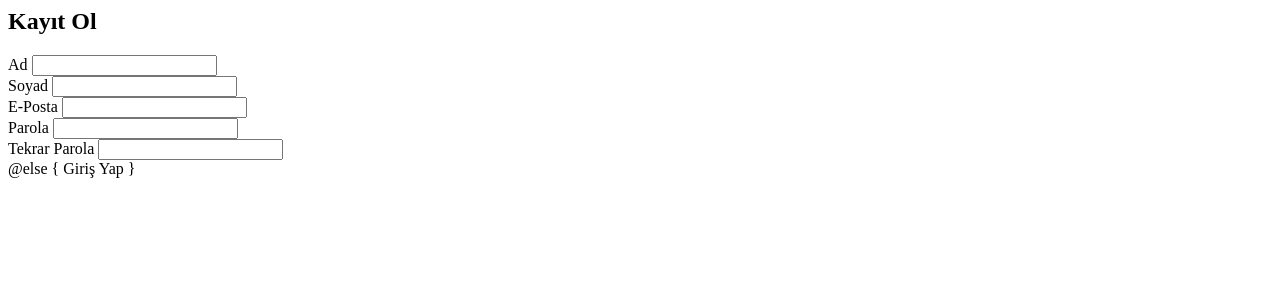
Repository: hakanozer/yazilim_uzmanligi_21_Aralilk_2024
Page: bitirme_projeleri/angular/Omer_Kafkas/src/app/pages/register/register.html
These files come from the project's save history. The page is drawn as it stood at one moment and after a run of saves; the edit follows.
The browser window is 1280 px wide. The pictures show the whole page.

Above is the page before, as saved 2025-08-31 22:34:06.

### bitirme_projeleri/angular/Omer_Kafkas/src/app/pages/register/register.html
<app-background-item></app-background-item>

<div class="register-wrapper">
    <form class="register-card">
        <h2>Kayıt Ol</h2>

        <div class="field">
            <label for="name">Ad</label>
            <input id="name" type="text">
        </div>
        <div class="field">
            <label for="surname">Soyad</label>
            <input id="surname" type="text">
        </div>
        <div class="field">
            <label for="mail">E-Posta</label>
            <input id="mail" type="email">
        </div>
        <div class="field">
            <label for="password">Parola</label>
            <input id="password" type="password">
        </div>
        <div class="field">
            <label for="passwordAgain">Tekrar Parola</label>
            <input id="passwordAgain" type="password">
        </div>

          @else { Giriş Yap }</button>
    </form>
</div>

After the next 3 saves:
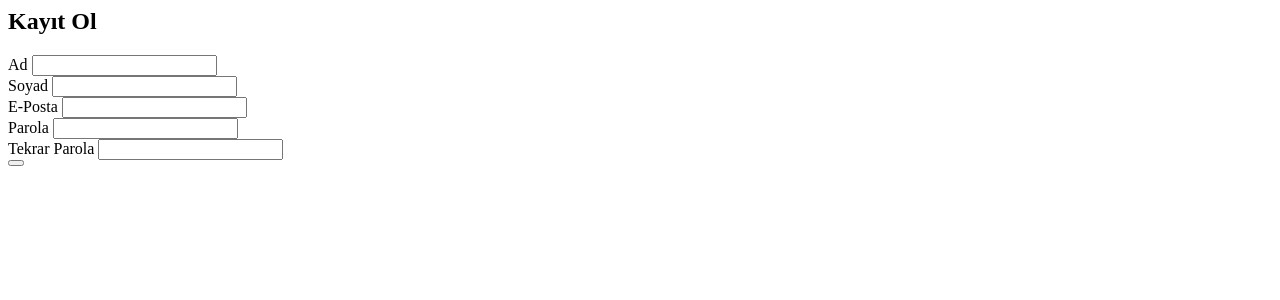
The 3 saves are shown as one change because they came seconds apart.
The last was saved 9 s later.
--- a/bitirme_projeleri/angular/Omer_Kafkas/src/app/pages/register/register.html
+++ b/bitirme_projeleri/angular/Omer_Kafkas/src/app/pages/register/register.html
@@ -25,6 +25,6 @@
             <input id="passwordAgain" type="password">
         </div>
 
-          @else { Giriş Yap }</button>
+         <button></button>
     </form>
 </div>
